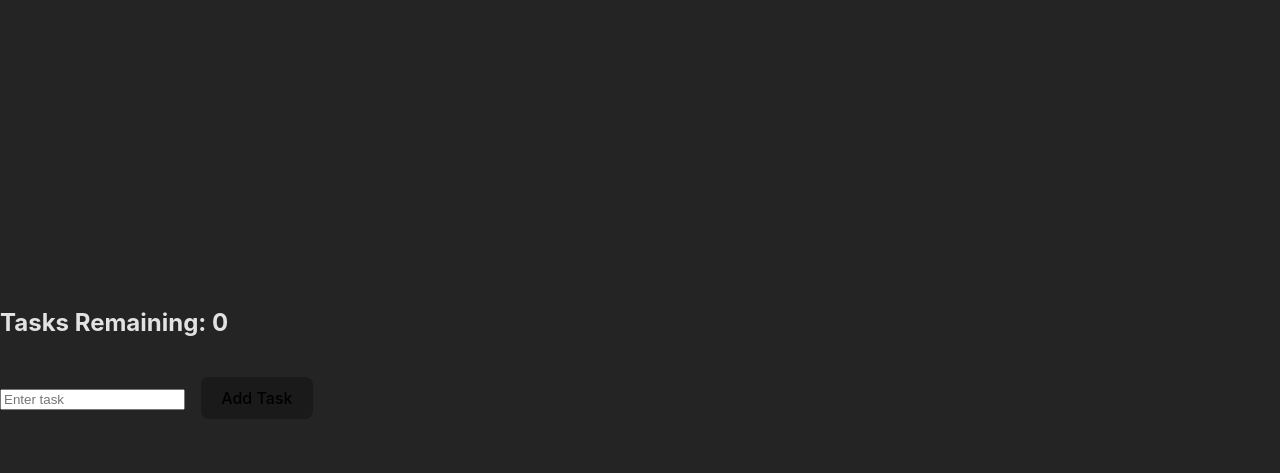
Repository: MelissaJacobi/frontend-assignment-4
Page: /
These files come from the project's save history. The page is drawn as it stood at one moment and after the next save; the edit follows.
The browser window is 1280 px wide. The pictures show the whole page.
The project was rebuilt for these pictures with package versions that can differ from the ones it lists, and the page was loaded fresh each time. Also part of the build but not shown: vite.config.js.

Above is the page before, as saved 2024-10-12 21:41:09.

After the next save:
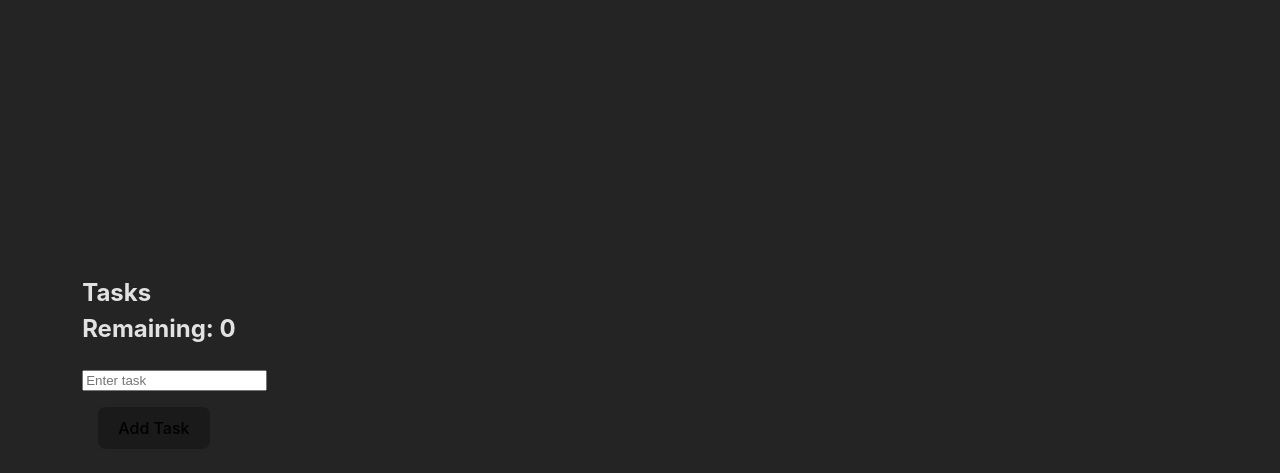
Saved 10 s later.
--- a/src/App.css
+++ b/src/App.css
@@ -25,4 +25,5 @@
 
 .task-list-container {
   margin: auto;
+  width: 50%;
 }

After the save that followed:
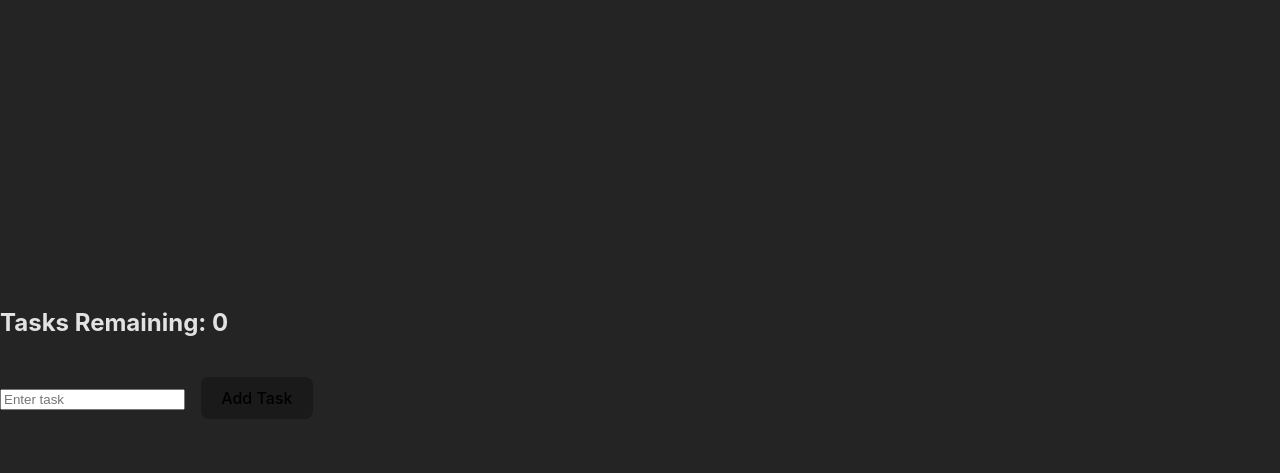
Saved 8 s later.
--- a/src/App.css
+++ b/src/App.css
@@ -25,5 +25,5 @@
 
 .task-list-container {
   margin: auto;
-  width: 50%;
+  width: 100%;
 }
